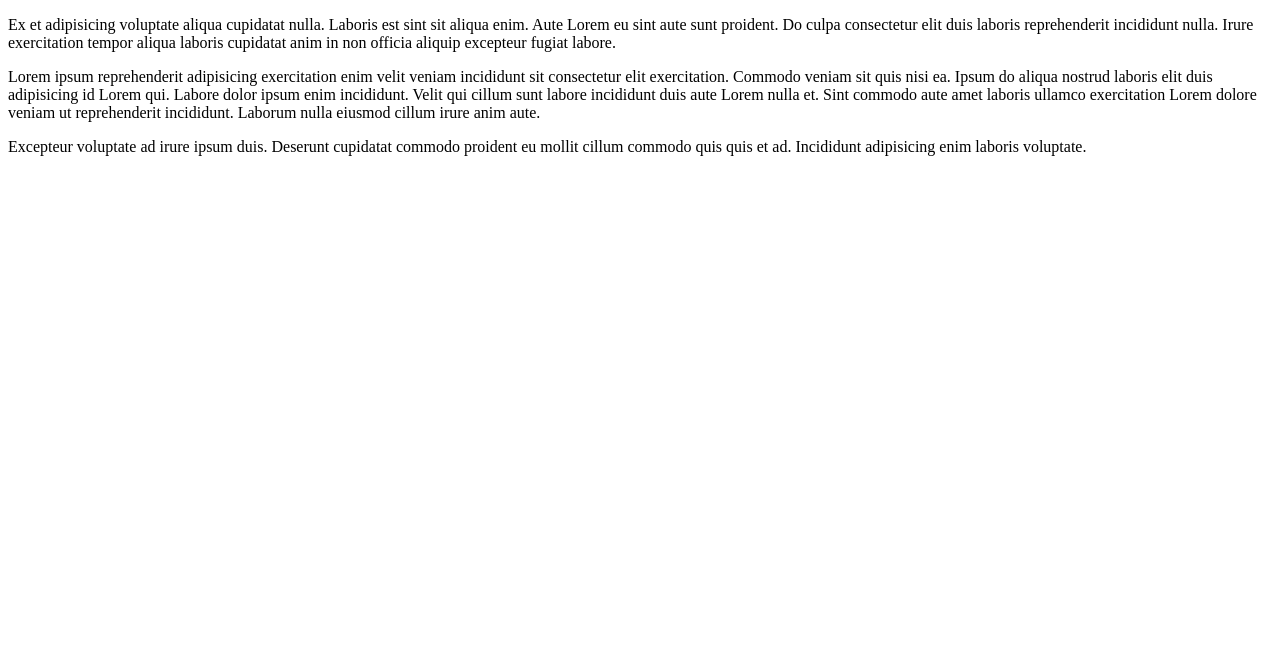
Repository: topyoungil/CodeMemories-ByJake
Page: HTML_CSS/WebContent/test/1003_css/left-top.html
An editor plug-in stored every save of this project. The page is shown before and after the next save, followed by the edit.
The browser window is 1280 px wide. The pictures show the whole page.

Above is the page before, as saved 2022-10-03 06:37:53.

After the next save:
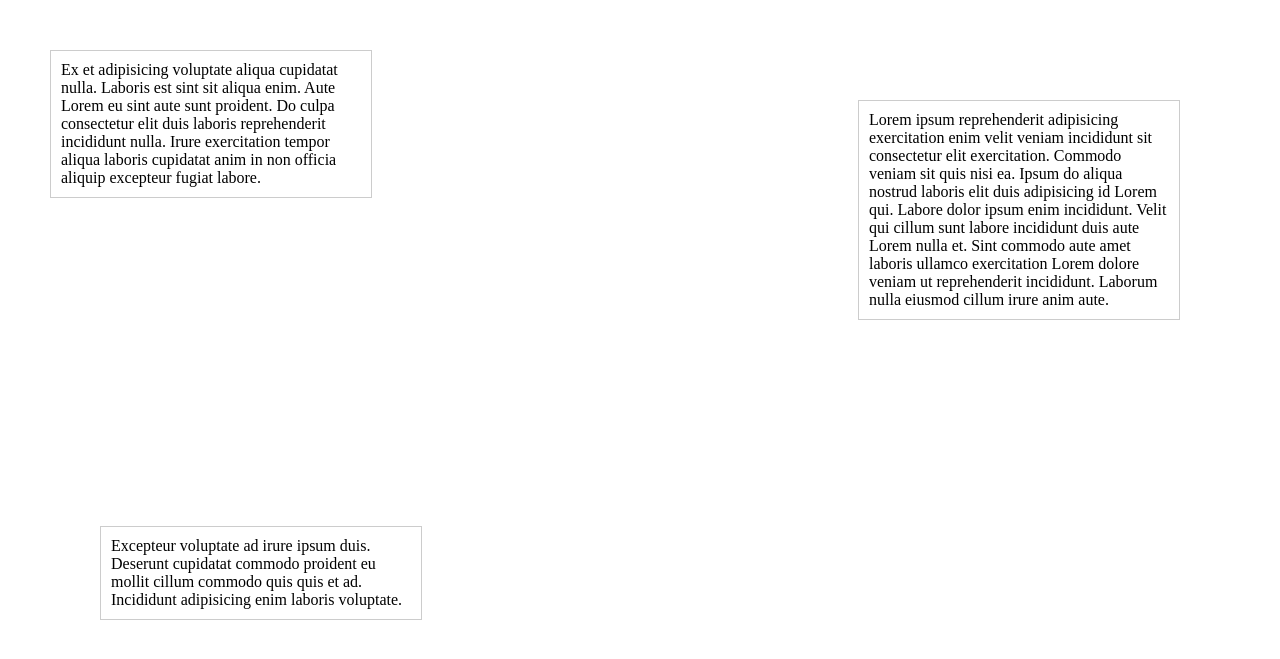
Saved 15 s later.
--- a/HTML_CSS/WebContent/test/1003_css/left-top.html
+++ b/HTML_CSS/WebContent/test/1003_css/left-top.html
@@ -3,6 +3,32 @@
 <head>
 <meta charset="UTF-8">
 <title>Insert title here</title>
+ <style>
+    *{
+      margin:0;  /* 마진 초기화 */
+      padding:0;  /* 패딩 초기화 */
+    }
+    p {
+      width:300px;  /* 너비 - 300px */
+      border:1px solid #ccc;  /* 테두리 - 1픽셀 회색 실선 */
+      padding:10px;  /* 네방향 패딩 10px */
+    }
+    #pos1{
+      position:absolute;  /* 포지셔닝 - absolute */
+      left:50px;  /* 왼쪽에서 50px 떨어지게 */
+      top:50px;   /* 위쪽에서 50px 떨어지게 */
+    }
+    #pos2 {
+      position:absolute;  /* 포지셔닝 - absolute */
+      right:100px;  /* 오른쪽에서 100px 떨어지게 */
+      top:100px;  /* 위쪽에서 100px 떨어지게 */
+    }
+    #pos3 {
+      position: absolute;  /* 포지셔닝 - absolute */
+      left:100px;   /* 왼쪽에서 50px 떨어지게 */
+      bottom:100px;  /* 아래쪽에서 100px 떨어지게 */
+    }
+  </style>
 </head>
 <body>
    <p id="pos1">Ex et adipisicing voluptate aliqua cupidatat nulla. Laboris est sint sit aliqua enim. Aute Lorem eu sint aute sunt proident. Do culpa consectetur elit duis laboris reprehenderit incididunt nulla. Irure exercitation tempor aliqua laboris cupidatat anim in non officia aliquip excepteur fugiat labore.</p>
